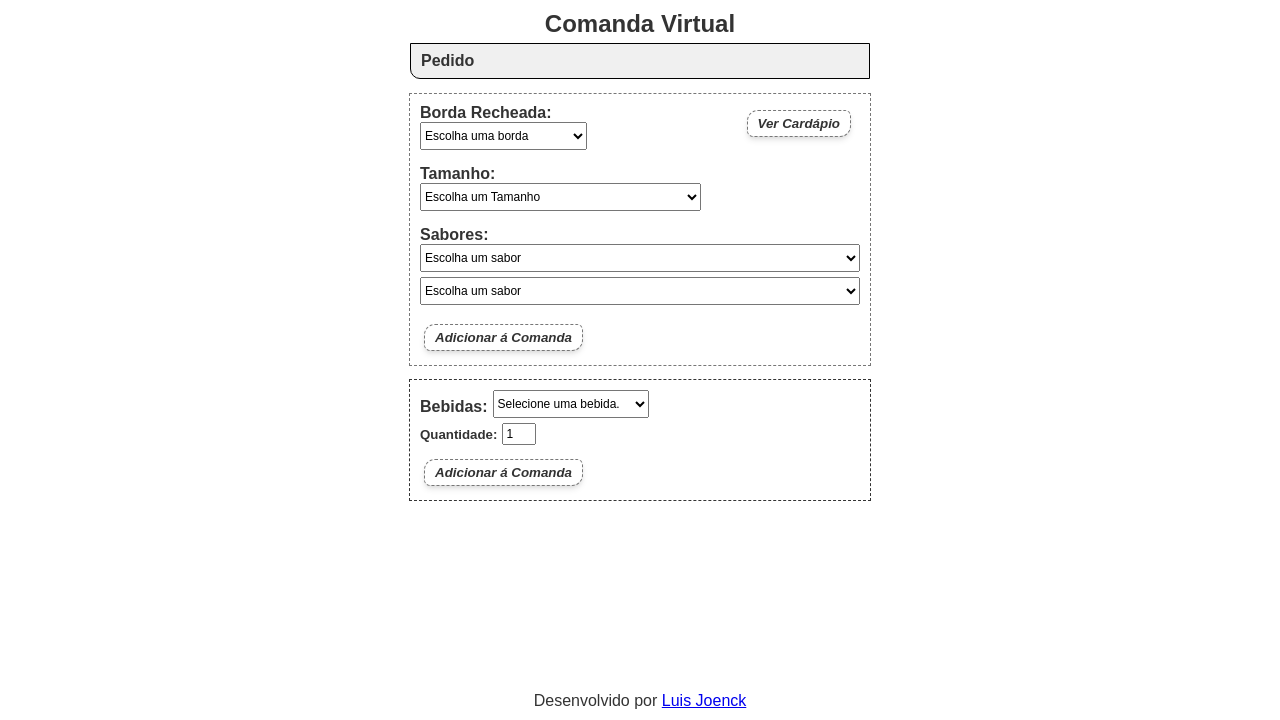
Repository: Joenck91/front-comanda-virtual
Page: index.html
An editor plug-in stored every save of this project. The page is shown before and after the next save, followed by the edit.
The browser window is 1280 px wide. The pictures show the whole page.

Above is the page before, as saved 2025-10-05 14:28:21.

### index.html
<!DOCTYPE html>
<html lang="pt-br">
<head>
    <meta charset="UTF-8">
    <meta name="viewport" content="width=device-width, initial-scale=1.0">
    <title>Virtual Command</title>
    <link rel="stylesheet" href="style/base.css">
    <link rel="stylesheet" href="style/layout.css">
    <link rel="stylesheet" href="style/modules.css">
    <link rel="stylesheet" href="style/themes.css">
    <link rel="stylesheet" href="style/responsive.css">
</head>
<body class="body-style">
    <header>
        <div class="title-buttons">
            <h2>Comanda Virtual</h2>
        </div>
        <div class="command-box" id="total">
            <p><strong>Pedido</strong></h2>
            <!--CRIAR ESTRUTURA DE PEDIDO COM JSON-->
            <div class="orders-placed"></div>
        </div>
    </header>

    <main>
        <!-- Cardápio-->
        <div class="view-menu-box" id="view-menu-box"></div>
        <!-- Formulário de Pizzas-->
        <form class="unit-pizza-box">

            <!-- Borda recheada -->
            <div class="border-pizza-box pad-bot-10">
                <label for="border"><h4>Borda Recheada:</h4></label>
                <select name="border" id="border">
                    <option value="" selected >Escolha uma borda</option>
                </select>
            </div>

            <!-- Tamanho da pizza -->
            <div class="size-pizza-box pad-bot-10">
                <label for="size"><h4>Tamanho:</h4></label>
                <select name="size" id="size">
                    <option value="" selected >Escolha um Tamanho</option>
                </select>
            </div>

            <!-- Sabores -->
            <div id="choose-pizza-box" class="choose-pizza-box pad-bot-10">
                <button type="button" class="buttons-style view-menu-button" id="view-menu"><strong>Ver Cardápio</strong></button>
                <label for="flavors"><h4>Sabores:</h4></label>
                <select name="flavors" id="flavor_one" class="flavor_one">
                    <option value="" selected >Escolha um sabor</option>
                </select>
                <select name="flavors" id="flavor_two" class="flavor_two">
                    <option value="" selected >Escolha um sabor</option>
                </select>
                <select name="flavors" id="flavor_three" class="flavor_three">
                    <option value="" selected >Escolha um sabor</option>
                </select>
                <select name="flavors" id="flavor_four" class="flavor_four">
                    <option value="" selected >Escolha um sabor</option>
                </select>
            </div>

            <button type="submit" class="buttons-style"><strong>Adicionar á Comanda</strong></button>
        </form>

        <!-- Formulário de Bebidas -->
        <form class="command-drink">
            <div class="choose-drink-box">
                <label for="drinks"><h4>Bebidas:</h4></label>
                <select name="drinks" id="">
                    <option value="drinks">Selecione uma bebida.</option>
                </select>
            </div>
            <div class="unit-input-drink">
                <label for="unit-drink"><h5>Quantidade:</h5></label>
                <input type="number" name="unit-drink" id="unit-drink" min="1" value="1" required>
            </div>
            <button type="submit" class="buttons-style"><strong>Adicionar á Comanda</strong></button>
        </form>
    </main>
    <footer>
        <p>Desenvolvido por <a href="www.instagram.com/joenckluis">Luis Joenck</a></p>
    </footer>

<script type="module" src="script/main.js"></script>
</body>
</html>

### style/base.css
*{
    margin:0;
    padding:0;
    box-sizing:border-box;
}
html, body{
    width:100%;
    height: 100%;
    display:flex;
    flex-direction:column;
    align-items: center;
    justify-content: start;
    overflow: auto;
    font-family: Arial, Helvetica, sans-serif;
    color: #333;
}
body{
    max-width: 500px;
}
header{
    width: 100%;
    display: flex;
    flex-direction: column;
    justify-content: center;
    align-items: center;
    padding: 10px 20px 0 20px;
    top:0;
    left: 0;
    z-index: 1000;
    background-color: white;
}
main{
    flex: 1;
    overflow: auto;
    margin: 0 auto;
    padding: 0 20px;
    border-radius: 4px;
    width: 100%;
    max-width: 100%;
    position: relative;
}
h1{
    padding-bottom: 15px;
}
h2{
    padding-bottom: 5px;
}
li{
    font-style: italic;
}
button{
    background-color: #ccc;
    color: #333;
    padding: 5px 10px;
    border: 1px solid #333;
    border-radius: 5px;
    margin:5px;
    box-shadow: 0 4px 6px rgba(0, 0, 0, 0.1),
    0 2px 4px rgba(0, 0, 0, 0.06);
}
button:hover{
    cursor:pointer;
}
select{
    margin-bottom: 5px;
    padding: 5px 0;
    font-size: 12px;
}
label{
    margin-right: 5px;
}
input[type="number"] {
    font-size: 12px;
    padding: 2px;
    width: 5ch;
}
input:hover{
    cursor: pointer;
}
option p{
    background-color: #f0f0f0;
    padding: 5px;
}
footer{
    padding: 10px;
}

### style/layout.css
/*-----------------------------------------------------------------------------*/
/*                               HEADER                                        */
/*-----------------------------------------------------------------------------*/

/*-----------------------------------------------------------------------------*/
/*                          PEDIDO                                     */
/*-----------------------------------------------------------------------------*/
.command-box{
    background-color:#f0f0f0;
    width: 100%;
    padding: 8px 10px;
    height: fit-content;
    border-bottom-left-radius: 10px;
    border: 1px solid black;
    display: flex;
    flex-direction: column;
}
.ordered-item{
    border: 1px dashed #333;
    padding: 5px;
    margin: 5px 0;
    min-width: 100%;
}

/*-----------------------------------------------------------------------------*/
/*                              CARDÁPIO                                       */
/*-----------------------------------------------------------------------------*/
.view-menu-box{/*pagina do cardápio*/
    position: absolute;
    right: 20px;
    left: 20px;
    background-color:rgb(255, 244, 227);
    padding: 10px;
    width: fit-content;
    max-width: 94%;
    height: 80vh;
    overflow: auto;
    border-radius: 15px;
    display: none;
    flex-direction: column;
    box-shadow: 0 4px 8px #00000033;
    z-index: 1000;
    outline: 1px dashed #333;
}
.menu-title{/*titulos do cardápio 'pizzas/bebidas*/
    border-bottom: 2px dashed black;
    text-align: center;
    padding: 3px;
    margin: 15px 0;
}
.menu-item{/*Itens do menu*/
    margin: 3px 0;
}
.pizza-description{/*Descrições de cada item*/
    margin-left: 25px;
}
/*-----------------------------------------------------------------------------*/
/*                        UNIDADE DE PIZZA                                     */
/*-----------------------------------------------------------------------------*/
.unit-pizza-box{/*Div pai com as opções de escolhas de uma pizza.*/
    outline: 1px dashed #777;
    padding: 10px;
    margin: 15px 0;
}
.border-pizza-box, .size-pizza-box{/*Box com opções de bordas*/

    display: flex;
    flex-direction: column;
    width: fit-content;
    align-items: start;
}
.choose-pizza-box{/*box referente aos campos para escolher sabores*/
    display: flex;
    flex-direction: column;
    position: relative;
}
.flavor_three, .flavor_four{/*Referente ao terceiro e quarto sabro que só devem aparecer conforme escolha de tamanhos.*/
    display: none;
}
/*-----------------------------------------------------------------------------*/
/*                        UNIDADE DE BEBIDA                                    */
/*-----------------------------------------------------------------------------*/
.command-drink{/*Div pai com as opções de escolhas de uma bebida*/
    outline: 1px dashed #333;
    padding: 10px;
    margin: 15px 0;
}
.choose-drink-box, .unit-input-drink{
    display: flex;
    flex-direction: row;
    align-items: center;
}
.unit-input-drink{
    padding-bottom: 10px;
}

### style/modules.css
/*-----------------------------------------------------------------------------*/
/*                             BOTÕES                                          */
/*-----------------------------------------------------------------------------*/
.view-menu-button{
    position: absolute;
    top: -120px;
    right: 5px;;
}
.menu-exit{/*botão que fecha o cardápio*/
    display: flex;
    position: sticky;
    top:0;
    width: fit-content;
    margin-left: auto;
    background-color: #f0f0f0;
    box-shadow: 0 4px 6px rgba(0, 0, 0, 0.1),
    0 2px 4px rgba(0, 0, 0, 0.06);
    border-radius: 2px 10px;
}
.buttons-style{/*Estilo para os botões*/
    width: fit-content;
    outline: 1px dashed #777;
    border: none;
    border-radius: 10px 5px;
    background-color: white;
    font-style: italic;
}
/*-----------------------------------------------------------------------------*/
/*                     PARA VÁRIOS ELEMENTOS                                   */
/*-----------------------------------------------------------------------------*/
.pad-bot-10{
    padding-bottom: 10px;
}

### script/main.js
import viewMenuBox from "./interface/view-menu.js";
import menuShowClose from "./buttons/menu-show-close.js";
import * as inputsContent from "./interface/inputs-contents.js"
import chooseSize from "./interface/choose-sizes.js";
import * as writingOrders from "./command/orders.js";

//Funções que precisam acessar json.
document.addEventListener('DOMContentLoaded', ()=>{
    // Faz uma requisição GET para a rota /api/menu para buscar os dados do cardápio.
    fetch('./data/menu.json')
    .then(res => res.json()) // Converte a resposta para JSON.
    .then(menu => {


        viewMenuBox(menu);  //Carrega menu.
        menuShowClose();    //Abre e fecha cardápio.
        inputsContent.showBorders(menu.borders);//Opções de bordas
        inputsContent.showsizes(menu.sizes);//Opções de tamanhos
        inputsContent.showFlavors(menu.pizzas);//Opções de pizzas
        inputsContent.showDrinks(menu.drinks);  //Opções de bebidas
        chooseSize();//Define quantidade de sabores de acordo com o tamanho selecionado.
        writingOrders.writingOrder(menu);//Armazena as opçoes escolhidas pelo usuário na variável orders


    })
    .catch(err => console.error('Erro ao carregar menu:', err));// Captura e exibe no console qualquer erro ocorrido ao carregar o menu.
});

### script/interface/view-menu.js
/* ********FUNÇÃO QUE CRIA O CARDÁPIO ******** */


export default function viewMenuBox (menu){
  const box = document.getElementById('view-menu-box');
        box.innerHTML = ''; // Limpa o conteúdo da div

        //Cria o titula Pizzas
        const titlePizza = document.createElement('h3');
        titlePizza.classList.add('menu-title');
        titlePizza.textContent = 'Pizzas';
        box.appendChild(titlePizza);

        const exit = document.createElement('button');
        exit.type ='button';
        exit.classList.add('menu-exit')
        exit.classList.add('exit-delete')
        exit.id = 'menuExit';
        exit.textContent = 'Sair';
        box.appendChild(exit);

        // Cria a lista das pizzas
        menu.pizzas.forEach(pizza => {
          const pizzaDiv = document.createElement('div');
          pizzaDiv.classList.add('menu-item'); // você pode estilizar no CSS

          const pizzaTitle = document.createElement('h4');
          pizzaTitle.textContent = `🍕 ${pizza.name}`;

          const pizzaDesc = document.createElement('p');
          pizzaDesc.classList.add('pizza-description')
          pizzaDesc.textContent = pizza.description;

          pizzaDiv.appendChild(pizzaTitle);
          pizzaDiv.appendChild(pizzaDesc);
          box.appendChild(pizzaDiv);
        });

        //Cria o titulo Bebidas
        const titleDrink = document.createElement('h3');
        titleDrink.classList.add('title');
        titleDrink.textContent = 'Bebidas';
        box.appendChild(titleDrink);

        //Cria a lista das bebidas
        menu.drinks.forEach(drink => {
          const drinkDiv = document.createElement('div');
          drinkDiv.classList.add('item');

          const drinkTitle = document.createElement('h4');
          drinkTitle.textContent = `🥤 ${drink.name} - R$ ${drink.price.toFixed(2)}`;

          drinkDiv.appendChild(drinkTitle);
          box.appendChild(drinkDiv);
        });
};

### script/buttons/menu-show-close.js

//Função para mostrar cardápiio e fechar cardápio
export default function menuShowClose (){
    const viewMenu = document.getElementById('view-menu');//Identifica o botão com "Ver cardápio"
    const closeMenu = document.getElementById('menuExit');//Identifica botão "sair" do cardápio.
    const menuBox = document.querySelector('.view-menu-box');//Identifica div que mostra cardápio

    viewMenu.addEventListener('click',()=>{//Escuta o evento de clique no botão "Ver cardápio"
        console.log("abrir")
        menuBox.style.display = 'flex';
    });
    closeMenu.addEventListener('click', ()=>{//Escuta o evento clique no botão "sair"
       console.log("sair");
        menuBox.style.display = 'none';
    });
};

### script/interface/inputs-contents.js
// Funções para preencher os selects
function showsizes(sizes) {
    const selectSizes = document.getElementById("size");
    sizes.forEach(size => {
        const option = document.createElement("option");
        option.value = size.name;
        option.textContent = `${size.name} - R$${size.price.toFixed(2)}`;
        selectSizes.appendChild(option);
    });
}

function showFlavors(pizzas) {
    const selectsFlavors = [
        document.getElementById("flavor_one"),
        document.getElementById("flavor_two"),
        document.getElementById("flavor_three"),
        document.getElementById("flavor_four")
    ];

    selectsFlavors.forEach(select => {
        pizzas.forEach(pizza => {
            const option = document.createElement("option");
            option.value = pizza.name;
            option.textContent = pizza.name;
            select.appendChild(option);
        });
    });
}

function showBorders(borders) {
    const selectBorder = document.getElementById("border");
    borders.forEach(border => {
        const option = document.createElement("option");
        option.value = border.name;
        option.textContent = `${border.name} - R$${border.price.toFixed(2)}`;
        selectBorder.appendChild(option);
    });
}

function showDrinks(drinks) {
    const selectDrinks = document.querySelector('.command-drink select');
    drinks.forEach(drink => {
        const option = document.createElement("option");
        option.value = drink.name;
        option.textContent = `${drink.name} - R$${drink.price.toFixed(2)}`;
        selectDrinks.appendChild(option);
    });
}

export {showBorders, showsizes, showFlavors, showDrinks};

### script/interface/choose-sizes.js
// Pega o select de tamanho
const selectSize = document.getElementById("size");

// Variável para armazenar o tamanho selecionado
let sizeChecked = "";

//Função para exibir os sabores de acordo com a escolha do tamanho da pizza
function updateFlavor(size) {
    document.querySelector('.flavor_three').style.display = (size === 'GRANDE(3 sabores, 12 fatias, 35cm)' || size === 'GIGANTE(4 sabores, 16 fatias, 40cm)' || size === 'KING(4 sabores, 20 fatias, 45cm)') ? 'flex' : 'none';//Se o tamanho for grande, gigante e king: aparece o terceiro sabor
    document.querySelector('.flavor_four').style.display = (size === 'GIGANTE(4 sabores, 16 fatias, 40cm)' || size === 'KING(4 sabores, 20 fatias, 45cm)') ? 'flex' : 'none';//Se o tamanho for gigante e king: aparece o quarto sabor.
}

export default function chooseSizes (){
        // Escuta quando o usuário muda a opção
    selectSize.addEventListener("change", (event) => {
        sizeChecked = event.target.value; // aqui está o valor selecionado
        updateFlavor(sizeChecked);
    });
};

### script/command/orders.js
import  showItems from "../interface/command-box/show-items.js";
//Array que guarda todos os pedidos da sessão
let notedOrder = {
    pizzas: [],
    drinks: []
};

function writingOrder (menu){
    // Captura o envio do formulário de pizza
    const formPizza = document.querySelector('.unit-pizza-box');
    formPizza.addEventListener('submit', (e) => {
        e.preventDefault(); // evita reload da página
        //código aqui

        const pizzaOrder = {
            pizza: document.getElementById('size').value,
            borda: document.getElementById('border').value,
            sabores: [
                document.getElementById('flavor_one').value,
                document.getElementById('flavor_two').value,
                document.getElementById('flavor_three').value,
                document.getElementById('flavor_four').value
            ].filter(s => s), // remove strings vazias
        };

        // Adiciona ao array de pedidos
        notedOrder.pizzas.push(pizzaOrder);

        // Atualiza a exibição dos itens pedidos
        showItems(notedOrder);


        console.log(notedOrder);


    });

    //Captura o envio do formulário de bebidas
    const formDrinks = document.querySelector('.command-drink');
    formDrinks.addEventListener('submit', (e) =>{
        e.preventDefault(); //evita reload da página
        //código aqui
        const drinkOrder = {
            bebida: document.querySelector('.command-drink select').value,
            quantidadeBebida: parseInt(document.getElementById('unit-drink').value, 10)
        };

        // Adiciona ao array de pedidos
        notedOrder.drinks.push(drinkOrder);
        // Atualiza a exibição dos itens pedidos
        showItems(notedOrder);


        console.log(notedOrder);
    });

};

export {writingOrder, notedOrder};

### script/interface/command-box/show-items.js

//função que mostra os itens pedidos na interface
export default function showItems(notedOrder){
    const orderedItemsDiv = document.getElementById('ordered-items');
    orderedItemsDiv.innerHTML = ''; // Limpa o conteúdo anterior

    // Mostra pizzas
    notedOrder.pizzas.forEach((pizza, index) => {
        const pizzaDiv = document.createElement('div');
        pizzaDiv.classList.add('ordered-item');
        pizzaDiv.innerHTML = `
            <h4>Pizza ${index + 1}</h4>
            <p><strong>Tamanho:</strong> ${pizza.pizza}</p>
            <p><strong>Borda:</strong> ${pizza.borda}</p>
            <p><strong>Sabor(es):</strong> ${pizza.sabores.join(', ')}</p>
        `;
        orderedItemsDiv.appendChild(pizzaDiv);
    });

    // Mostra bebidas
    notedOrder.drinks.forEach((drink, index) => {
        const drinkDiv = document.createElement('div');
        drinkDiv.classList.add('ordered-item');
        drinkDiv.innerHTML = `
            <h4>Bebida ${index + 1}</h4>
            <p><strong>Tipo:</strong> ${drink.bebida}</p>
            <p><strong>Quantidade:</strong> ${drink.quantidadeBebida}</p>
        `;
        orderedItemsDiv.appendChild(drinkDiv);
    });
};

Loaded but not shown: data/menu.json (282 lines, source omitted); style/themes.css (no stored copy; drawn as an empty file); style/responsive.css (no stored copy; drawn as an empty file)

After the next save:
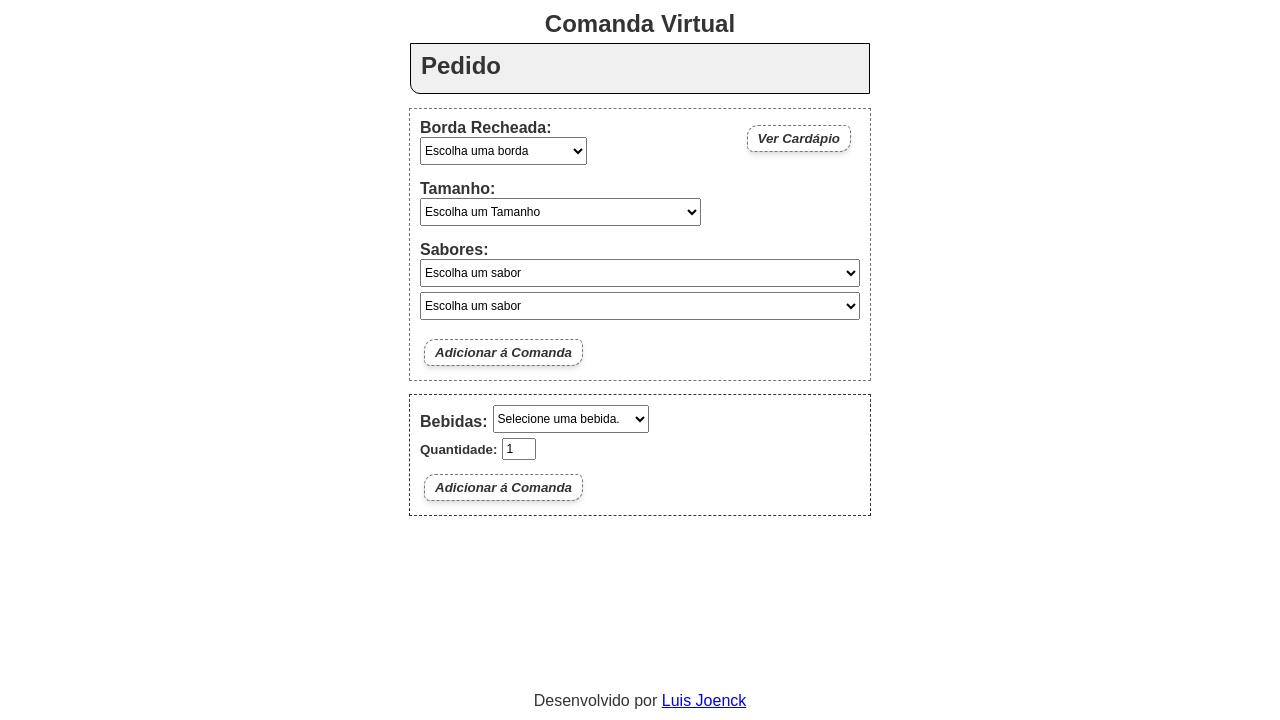
Saved 49 s later.
--- a/index.html
+++ b/index.html
@@ -16,9 +16,9 @@
             <h2>Comanda Virtual</h2>
         </div>
         <div class="command-box" id="total">
-            <p><strong>Pedido</strong></h2>
+            <h2><strong>Pedido</strong></h2>
+            <div class="ordered-items"></div>
             <!--CRIAR ESTRUTURA DE PEDIDO COM JSON-->
-            <div class="orders-placed"></div>
         </div>
     </header>
 
